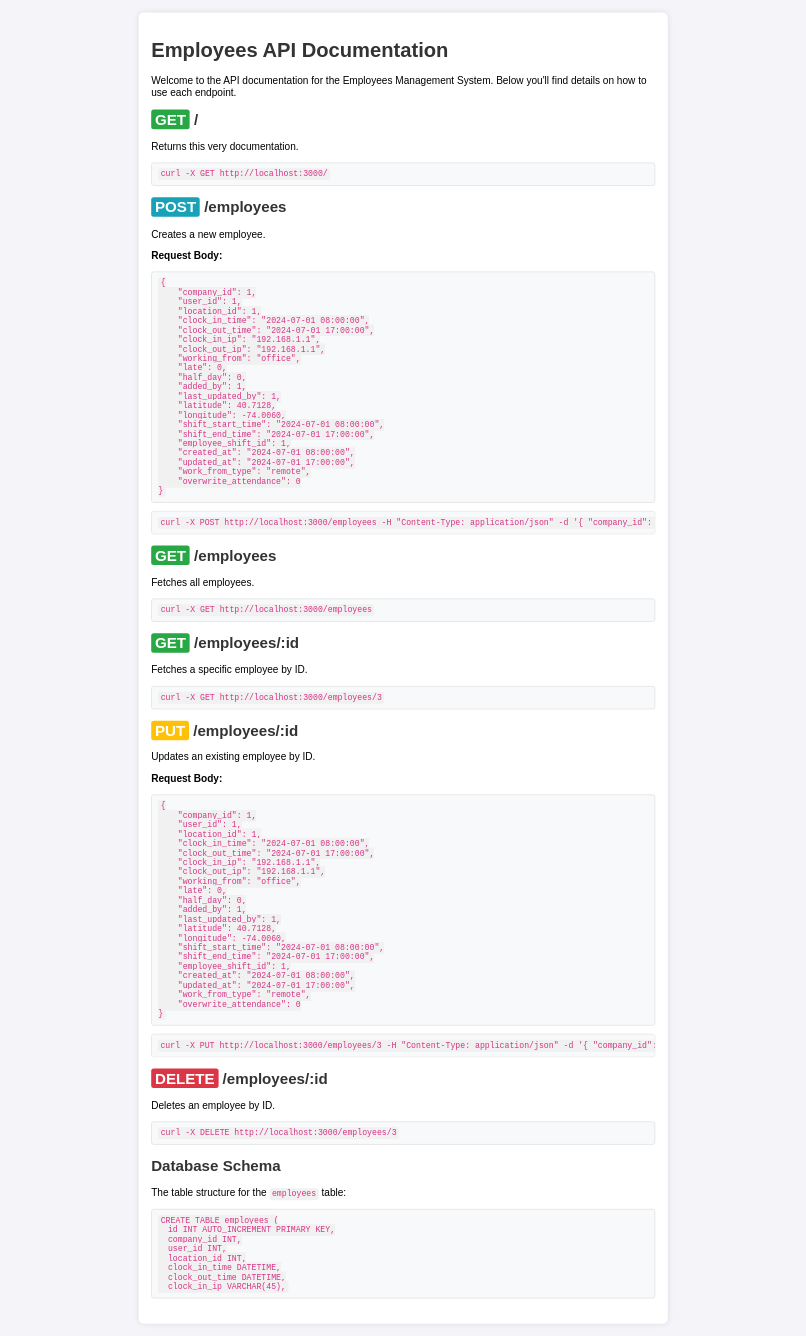
Repository: SpicierEwe/projects_node_express_server
Page: api_documentation/documentation.html
The author's editor kept a copy of each file at every save. The page is drawn from the files as they stood at one save, then again after the next save.
The browser window is 1280 px wide. The pictures show the whole page, at 63% of full size.

Above is the page before, as saved 2024-07-17 17:52:33.

### api_documentation/documentation.html
<!DOCTYPE html>
<html lang="en">
  <head>
    <meta charset="UTF-8" />
    <meta name="viewport" content="width=device-width, initial-scale=1.0" />
    <title>Employees API Documentation</title>
    <style>
      body {
        font-family: Arial, sans-serif;
        background-color: #f4f4f9;
        margin: 0;
        padding: 20px;
      }
      .container {
        max-width: 800px;
        margin: auto;
        background: #fff;
        padding: 20px;
        box-shadow: 0 0 10px rgba(0, 0, 0, 0.1);
        border-radius: 8px;
      }
      h1,
      h2 {
        color: #333;
      }
      .route {
        margin: 20px 0;
      }
      .method {
        font-weight: bold;
        color: #fff;
        background: #007bff;
        padding: 2px 6px;
        border-radius: 4px;
      }
      .method.get {
        background: #28a745;
      }
      .method.post {
        background: #17a2b8;
      }
      .method.put {
        background: #ffc107;
      }
      .method.delete {
        background: #dc3545;
      }
      code {
        background: #f1f1f1;
        padding: 2px 4px;
        border-radius: 4px;
        color: #d63384;
      }
      pre {
        background: #f8f9fa;
        padding: 10px;
        border-radius: 4px;
        overflow: auto;
        border: 1px solid #ddd;
      }
    </style>
  </head>
  <body>
    <div class="container">
      <h1>Employees API Documentation</h1>
      <p>
        Welcome to the API documentation for the Employees Management System. Below
        you'll find details on how to use each endpoint.
      </p>

      <div class="route">
        <h2><span class="method get">GET</span> /</h2>
        <p>Returns this very documentation.</p>
        <pre><code>curl -X GET http://localhost:3000/</code></pre>
      </div>

      <div class="route">
        <h2><span class="method post">POST</span> /employees</h2>
        <p>Creates a new employee.</p>
        <p><strong>Request Body:</strong></p>
        <pre><code>{
    "company_id": 1,
    "user_id": 1,
    "location_id": 1,
    "clock_in_time": "2024-07-01 08:00:00",
    "clock_out_time": "2024-07-01 17:00:00",
    "clock_in_ip": "192.168.1.1",
    "clock_out_ip": "192.168.1.1",
    "working_from": "office",
    "late": 0,
    "half_day": 0,
    "added_by": 1,
    "last_updated_by": 1,
    "latitude": 40.7128,
    "longitude": -74.0060,
    "shift_start_time": "2024-07-01 08:00:00",
    "shift_end_time": "2024-07-01 17:00:00",
    "employee_shift_id": 1,
    "created_at": "2024-07-01 08:00:00",
    "updated_at": "2024-07-01 17:00:00",
    "work_from_type": "remote",
    "overwrite_attendance": 0
}</code></pre>
        <pre><code>curl -X POST http://localhost:3000/employees -H "Content-Type: application/json" -d '{ "company_id": 1, "user_id": 1, "location_id": 1, "clock_in_time": "2024-07-01 08:00:00", "clock_out_time": "2024-07-01 17:00:00", "clock_in_ip": "192.168.1.1", "clock_out_ip": "192.168.1.1", "working_from": "office", "late": 0, "half_day": 0, "added_by": 1, "last_updated_by": 1, "latitude": 40.7128, "longitude": -74.0060, "shift_start_time": "2024-07-01 08:00:00", "shift_end_time": "2024-07-01 17:00:00", "employee_shift_id": 1, "created_at": "2024-07-01 08:00:00", "updated_at": "2024-07-01 17:00:00", "work_from_type": "remote", "overwrite_attendance": 0 }'</code></pre>
      </div>

      <div class="route">
        <h2><span class="method get">GET</span> /employees</h2>
        <p>Fetches all employees.</p>
        <pre><code>curl -X GET http://localhost:3000/employees</code></pre>
      </div>

      <div class="route">
        <h2><span class="method get">GET</span> /employees/:id</h2>
        <p>Fetches a specific employee by ID.</p>
        <pre><code>curl -X GET http://localhost:3000/employees/3</code></pre>
      </div>

      <div class="route">
        <h2><span class="method put">PUT</span> /employees/:id</h2>
        <p>Updates an existing employee by ID.</p>
        <p><strong>Request Body:</strong></p>
        <pre><code>{
    "company_id": 1,
    "user_id": 1,
    "location_id": 1,
    "clock_in_time": "2024-07-01 08:00:00",
    "clock_out_time": "2024-07-01 17:00:00",
    "clock_in_ip": "192.168.1.1",
    "clock_out_ip": "192.168.1.1",
    "working_from": "office",
    "late": 0,
    "half_day": 0,
    "added_by": 1,
    "last_updated_by": 1,
    "latitude": 40.7128,
    "longitude": -74.0060,
    "shift_start_time": "2024-07-01 08:00:00",
    "shift_end_time": "2024-07-01 17:00:00",
    "employee_shift_id": 1,
    "created_at": "2024-07-01 08:00:00",
    "updated_at": "2024-07-01 17:00:00",
    "work_from_type": "remote",
    "overwrite_attendance": 0
}</code></pre>
        <pre><code>curl -X PUT http://localhost:3000/employees/3 -H "Content-Type: application/json" -d '{ "company_id": 1, "user_id": 1, "location_id": 1, "clock_in_time": "2024-07-01 08:00:00", "clock_out_time": "2024-07-01 17:00:00", "clock_in_ip": "192.168.1.1", "clock_out_ip": "192.168.1.1", "working_from": "office", "late": 0, "half_day": 0, "added_by": 1, "last_updated_by": 1, "latitude": 40.7128, "longitude": -74.0060, "shift_start_time": "2024-07-01 08:00:00", "shift_end_time": "2024-07-01 17:00:00", "employee_shift_id": 1, "created_at": "2024-07-01 08:00:00", "updated_at": "2024-07-01 17:00:00", "work_from_type": "remote", "overwrite_attendance": 0 }'</code></pre>
      </div>

      <div class="route">
        <h2><span class="method delete">DELETE</span> /employees/:id</h2>
        <p>Deletes an employee by ID.</p>
        <pre><code>curl -X DELETE http://localhost:3000/employees/3</code></pre>
      </div>

      <div class="route">
        <h2>Database Schema</h2>
        <p>The table structure for the <code>employees</code> table:</p>
        <pre><code>CREATE TABLE employees (
  id INT AUTO_INCREMENT PRIMARY KEY,
  company_id INT,
  user_id INT,
  location_id INT,
  clock_in_time DATETIME,
  clock_out_time DATETIME,
  clock_in_ip VARCHAR(45),

After the next save:
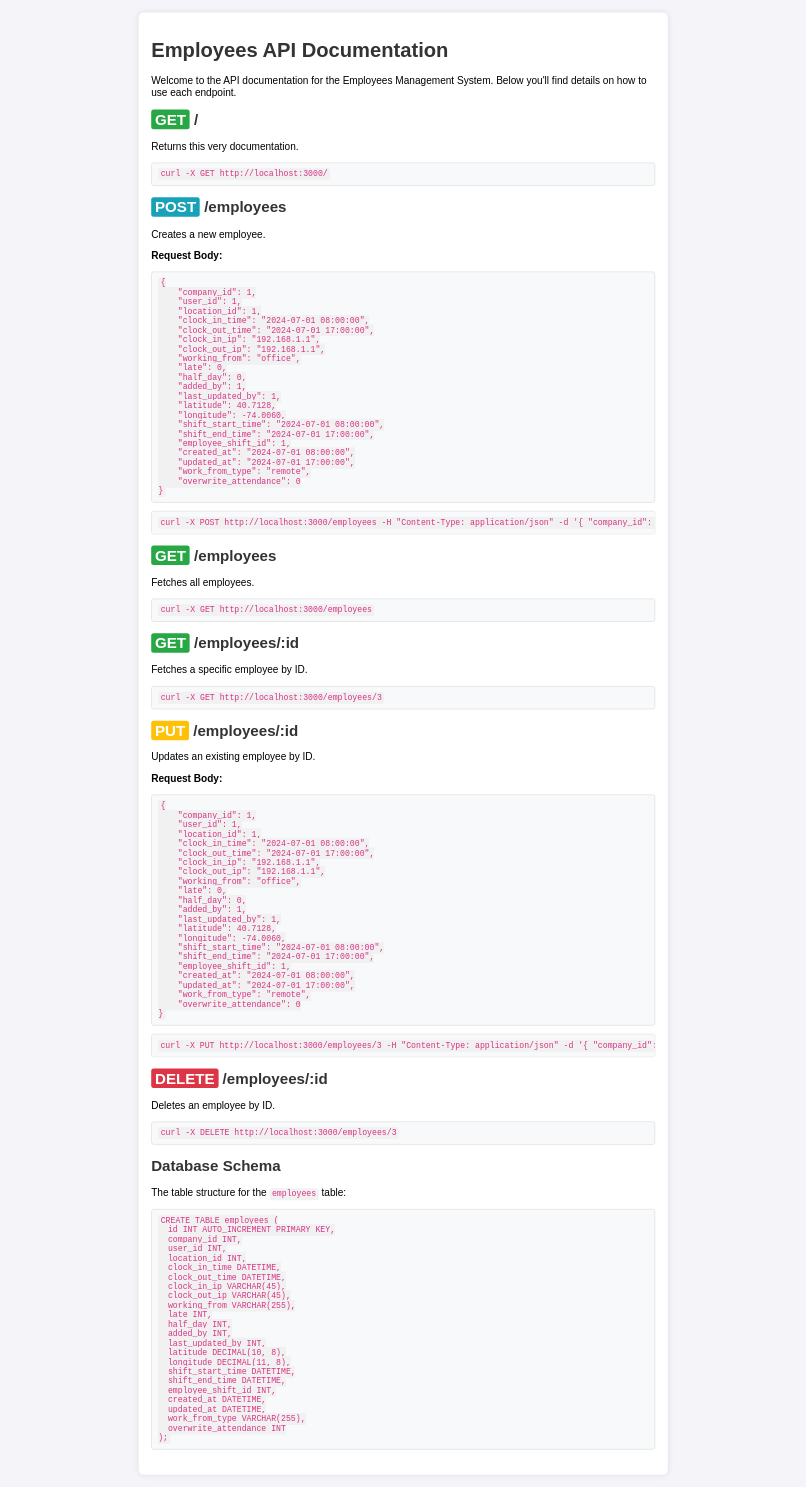
Saved 7 s later.
--- a/api_documentation/documentation.html
+++ b/api_documentation/documentation.html
@@ -64,8 +64,8 @@
     <div class="container">
       <h1>Employees API Documentation</h1>
       <p>
-        Welcome to the API documentation for the Employees Management System. Below
-        you'll find details on how to use each endpoint.
+        Welcome to the API documentation for the Employees Management System.
+        Below you'll find details on how to use each endpoint.
       </p>
 
       <div class="route">
@@ -163,3 +163,24 @@
   clock_in_time DATETIME,
   clock_out_time DATETIME,
   clock_in_ip VARCHAR(45),
+  clock_out_ip VARCHAR(45),
+  working_from VARCHAR(255),
+  late INT,
+  half_day INT,
+  added_by INT,
+  last_updated_by INT,
+  latitude DECIMAL(10, 8),
+  longitude DECIMAL(11, 8),
+  shift_start_time DATETIME,
+  shift_end_time DATETIME,
+  employee_shift_id INT,
+  created_at DATETIME,
+  updated_at DATETIME,
+  work_from_type VARCHAR(255),
+  overwrite_attendance INT
+);
+</code></pre>
+      </div>
+    </div>
+  </body>
+</html>
